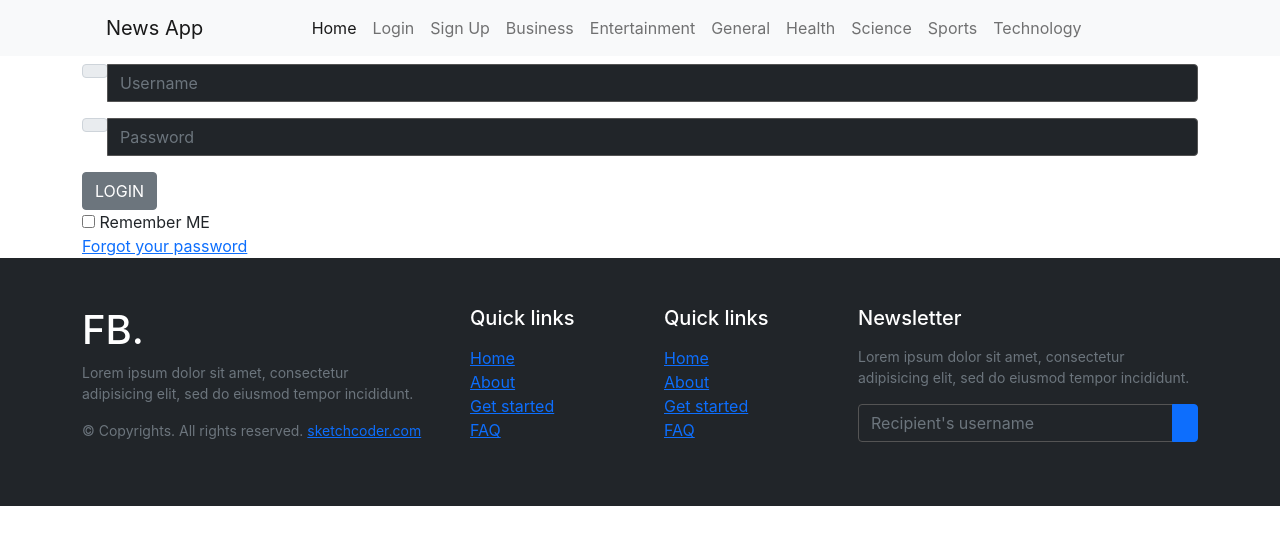
Repository: ZainAkbar51214/News-Site
Page: /login
An editor plug-in stored every save of this project. The page is shown before and after the next save, followed by the edit.
The browser window is 1280 px wide. The pictures show the whole page.
The project was rebuilt for these pictures with package versions that can differ from the ones it lists, and the page was loaded fresh each time. Also part of the build but not shown: src/Components/pages/SignUp.jsx, src/App.css, src/Components/Layouts/NewsItem.js, src/Components/Spinner.jsx, src/Components/Layouts/News.js.

Above is the page before, as saved 2023-12-18 03:37:33.

### public/index.html
<!DOCTYPE html>
<html lang="en">
  <head>
    <meta charset="utf-8" />
    <link rel="icon" href="%PUBLIC_URL%/favicon.ico" />
    <meta name="viewport" content="width=device-width, initial-scale=1" />
    <meta name="theme-color" content="#000000" />
    <meta
      name="description"
      content="Web site created using create-react-app"
    />
    <link rel="apple-touch-icon" href="%PUBLIC_URL%/logo192.png" />

    <link rel="manifest" href="%PUBLIC_URL%/manifest.json" />

    <title>News App</title>
    <!-- Bootstrap cdn -->
    <link href="https://cdn.jsdelivr.net/npm/bootstrap@5.0.2/dist/css/bootstrap.min.css" rel="stylesheet" integrity="sha384-EVSTQN3/azprG1Anm3QDgpJLIm9Nao0Yz1ztcQTwFspd3yD65VohhpuuCOmLASjC" crossorigin="anonymous">
  </head>
  <body>
    <noscript>You need to enable JavaScript to run this app.</noscript>
    <div id="root"></div>


    <!-- Bootstrap Script -->
    <script src="https://cdn.jsdelivr.net/npm/@popperjs/core@2.9.2/dist/umd/popper.min.js" integrity="sha384-IQsoLXl5PILFhosVNubq5LC7Qb9DXgDA9i+tQ8Zj3iwWAwPtgFTxbJ8NT4GN1R8p" crossorigin="anonymous"></script>
<script src="https://cdn.jsdelivr.net/npm/bootstrap@5.0.2/dist/js/bootstrap.min.js" integrity="sha384-cVKIPhGWiC2Al4u+LWgxfKTRIcfu0JTxR+EQDz/bgldoEyl4H0zUF0QKbrJ0EcQF" crossorigin="anonymous"></script>
  </body>
</html>

### src/App.js
import React from "react";
import {
  BrowserRouter as Router,
  Switch,
  Route
} from "react-router-dom";
import Navbar from './Components/Header/Navbar';
import Footer from './Components/Footer/Footer';
import Login from "./Components/pages/Login";
import SignUp from "./Components/pages/SignUp";
import News from "./Components/Layouts/News";

function App() {
  return (
    <Router>
      <Navbar />
        <Switch>
          <Route path="/" exact><News key="general" pageSize={5} country="in" category="general" /></Route>
          <Route path="/business" exact><News key="business" pageSize={5} country="in" category="business" /></Route>
          <Route path="/entertainment" exact><News key="entertainment" pageSize={5} country="in" category="entertainment" /></Route>
          <Route path="/health" exact><News key="health" pageSize={5} country="in" category="health" /></Route>
          <Route path="/science" exact><News key="science" pageSize={5} country="in" category="science" /></Route>
          <Route path="/sports" exact><News key="sports" pageSize={5} country="in" category="sports" /></Route>
          <Route path="/technology" exact><News key="technology" pageSize={5} country="in" category="technology" /></Route>
          <Route path="/login">
            <Login />
          </Route>
          <Route path="/sign-up">
            <SignUp />
          </Route>
        </Switch>
      <Footer />
  </Router>
  );
}

export default App;

### src/Components/Header/Navbar.jsx
import React, { Component } from 'react';
import { Link } from 'react-router-dom';

class Navbar extends Component {
    render() {
        return (
            <div>
                <div className="container-fluid bg-light">
                <div className="container">
                    <div className="row">
                        <div className="col-md-12">
                            <nav className="navbar navbar-expand-lg navbar-light">
                                <div className="container-fluid">
                                    <Link className="navbar-brand" to="/">News App</Link>
                                    <button className="navbar-toggler" type="button" data-bs-toggle="collapse" data-bs-target="#navbarSupportedContent" aria-controls="navbarSupportedContent" aria-expanded="false" aria-label="Toggle navigation">
                                        <span className="navbar-toggler-icon"></span>
                                    </button>
                                    <div className="collapse navbar-collapse" id="navbarSupportedContent">
                                        <ul className="navbar-nav mx-auto mb-2 mb-lg-0">
                                            <li className="nav-item">
                                                <Link className="nav-link active" aria-current="page" to="/">Home</Link>
                                            </li>
                                            <li className="nav-item">
                                                <Link className="nav-link" to="/login">Login</Link>
                                            </li>
                                            <li className="nav-item">
                                                <Link className="nav-link" to="/sign-up">Sign Up</Link>
                                            </li>
                                            <li className="nav-item">
                                                <Link className="nav-link" to="/business">Business</Link>
                                            </li>
                                            <li className="nav-item">
                                                <Link className="nav-link" to="/entertainment">Entertainment</Link>
                                            </li>
                                            <li className="nav-item">
                                                <Link className="nav-link" to="/">General</Link>
                                            </li>
                                            <li className="nav-item">
                                                <Link className="nav-link" to="/health">Health</Link>
                                            </li>
                                            <li className="nav-item">
                                                <Link className="nav-link" to="/science">Science</Link>
                                            </li>
                                            <li className="nav-item">
                                                <Link className="nav-link" to="/sports">Sports</Link>
                                            </li>
                                            <li className="nav-item">
                                                <Link className="nav-link" to="/technology">Technology</Link>
                                            </li>
                                        </ul>
                                    </div>
                                </div>
                            </nav>
                        </div>
                    </div>
                </div>
            </div>
            </div>
        );
    }
}

export default Navbar;

### src/Components/Footer/Footer.jsx
import React from "react";
import { Link } from "react-router-dom";
import '../Footer/Footer.css';

const Navbar = () => {
    return (
        <>
            <div className="d-flex flex-column h-100" style={{overflow: 'hidden'}}>
                {/* <!-- FOOTER --> */}
                <footer className="w-100 py-4 flex-shrink-0">
                    <div className="container py-4">
                        <div className="row gy-4 gx-5">
                            <div className="col-lg-4 col-md-6">
                                <h5 className="h1 text-white">FB.</h5>
                                <p className="small text-muted">Lorem ipsum dolor sit amet, consectetur adipisicing elit, sed do eiusmod tempor incididunt.</p>
                                <p className="small text-muted mb-0">&copy; Copyrights. All rights reserved. <Link className="text-primary" to="https://sketchcoder.com" target="_blank">sketchcoder.com</Link></p>
                            </div>
                            <div className="col-lg-2 col-md-6">
                                <h5 className="text-white mb-3">Quick links</h5>
                                <ul className="list-unstyled text-muted">
                                    <li><Link to="#">Home</Link></li>
                                    <li><Link to="#">About</Link></li>
                                    <li><Link to="#">Get started</Link></li>
                                    <li><Link to="#">FAQ</Link></li>
                                </ul>
                            </div>
                            <div className="col-lg-2 col-md-6">
                                <h5 className="text-white mb-3">Quick links</h5>
                                <ul className="list-unstyled text-muted">
                                    <li><Link to="#">Home</Link></li>
                                    <li><Link to="#">About</Link></li>
                                    <li><Link to="#">Get started</Link></li>
                                    <li><Link to="#">FAQ</Link></li>
                                </ul>
                            </div>
                            <div className="col-lg-4 col-md-6">
                                <h5 className="text-white mb-3">Newsletter</h5>
                                <p className="small text-muted">Lorem ipsum dolor sit amet, consectetur adipisicing elit, sed do eiusmod tempor incididunt.</p>
                                <form action="#">
                                    <div className="input-group mb-3">
                                        <input className="form-control" type="text" placeholder="Recipient's username" aria-label="Recipient's username" aria-describedby="button-addon2" />
                                        <button className="btn btn-primary" id="button-addon2" type="button"><i className="fas fa-paper-plane"></i></button>
                                    </div>
                                </form>
                            </div>
                        </div>
                    </div>
                </footer>
            </div>
        </>
    )
}

export default Navbar;

### src/Components/pages/Login.jsx
import React, { Component } from 'react';
import { Link } from 'react-router-dom';

class Login extends Component{
    render(){
      return(
         <div className="container">
          <div className="form-box">
            <div className="header-form">
              <h4 className="text-primary text-center"><i className="fa fa-user-circle" style={{fontSize:"110px"}}></i></h4>
              <div className="image">
              </div>
            </div>
            <div className="body-form">
             <form>
                <div className="input-group mb-3">
     <div className="input-group-prepend">
      <span className="input-group-text"><i class="fa fa-user"></i></span>
    </div>
    <input type="text" className="form-control" placeholder="Username" />
  </div>
   <div className="input-group mb-3">
     <div className="input-group-prepend">
      <span className="input-group-text"><i class="fa fa-lock"></i></span>
    </div>
    <input type="text" className="form-control" placeholder="Password" />
  </div>
   <button type="button" className="btn btn-secondary btn-block">LOGIN</button>
   <div className="message">
  <div><input type="checkbox" /> Remember ME</div>
   <div><Link to="/">Forgot your password</Link></div>
   </div>
     </form>
              <div className="social">
                <Link to="/"><i className="fab fa-facebook"></i></Link>
                <Link to="/"><i className="fab fa-twitter-square"></i></Link>
                <Link to="/"><i className="fab fa-google"></i></Link>
              </div>
            </div>
          </div>
         </div>
      )
    }
  }


export default Login;

### src/Components/Footer/Footer.css
/* ==========================================
    FOR DEMO PURPOSE
  ========================================== */

  .text-small {
    font-size: 0.9rem;
  }

  .form-control {
    background: #212529;
    border-color: #545454;
  }

  .form-control:focus {
    background: #212529;
  }

  footer {
    background: #212529;
  }

Loaded but not shown: src/index.js (common file); src/index.css (common file); src/reportWebVitals.js (common file)

After the next save:
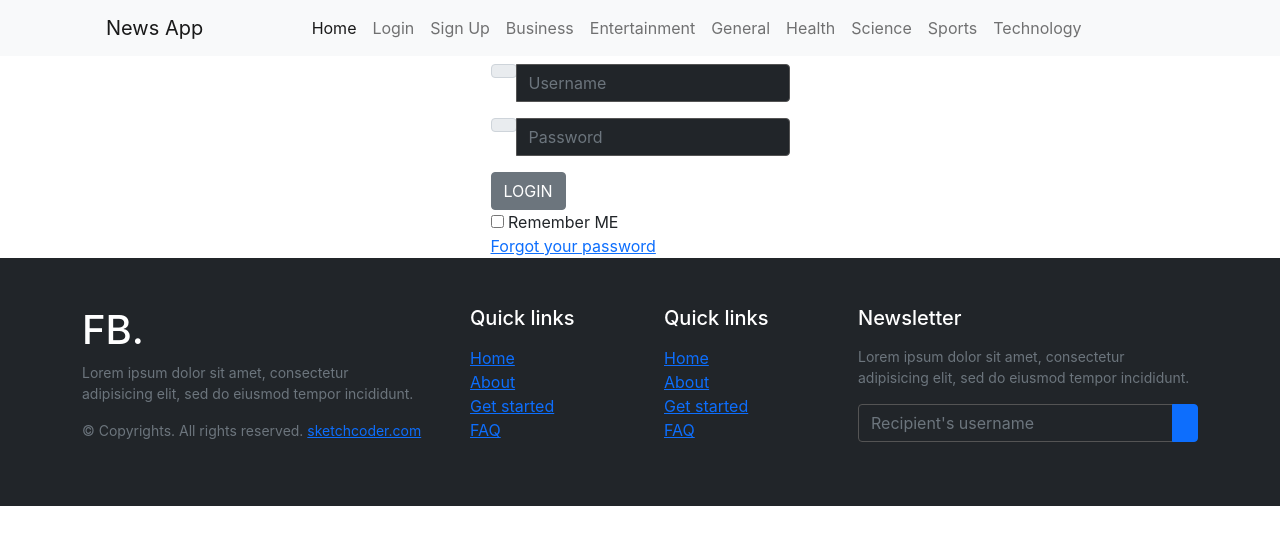
Saved 97 s later.
--- a/src/Components/pages/Login.jsx
+++ b/src/Components/pages/Login.jsx
@@ -4,7 +4,7 @@ import { Link } from 'react-router-dom';
 class Login extends Component{
     render(){
       return(
-         <div className="container">
+         <div className="container d-flex align-items-center justify-content-center">
           <div className="form-box">
             <div className="header-form">
               <h4 className="text-primary text-center"><i className="fa fa-user-circle" style={{fontSize:"110px"}}></i></h4>
